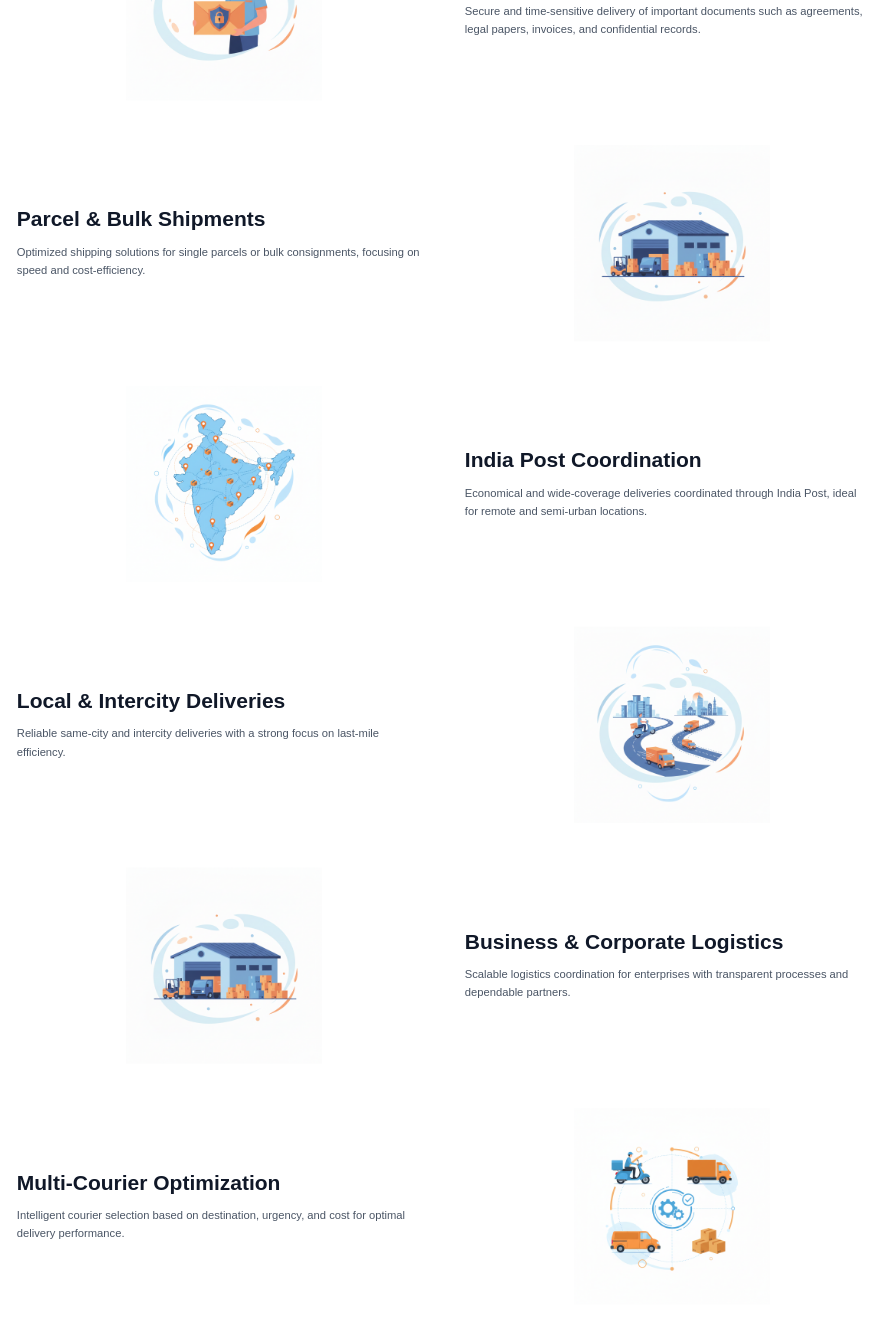
Repository: Rohit-foryou/Courier-Portfolio
Page: /services
These files come from the project's save history. The page is drawn as it stood at one moment and after the next save; the edit follows.
The browser window is 1280 px wide. The pictures show the part of the page from y = 748 to 2668 px (the page is 4212 px tall before and 4092 px after), at 70% of full size.
The project was rebuilt for these pictures with package versions that can differ from the ones it lists, and the page was loaded fresh each time. The framework's server and built-in components were replaced by stand-ins that run in the browser. Also part of the build but not shown: next.config.ts.

Above is the page before, as saved 2026-02-10 00:38:10.

After the next save:
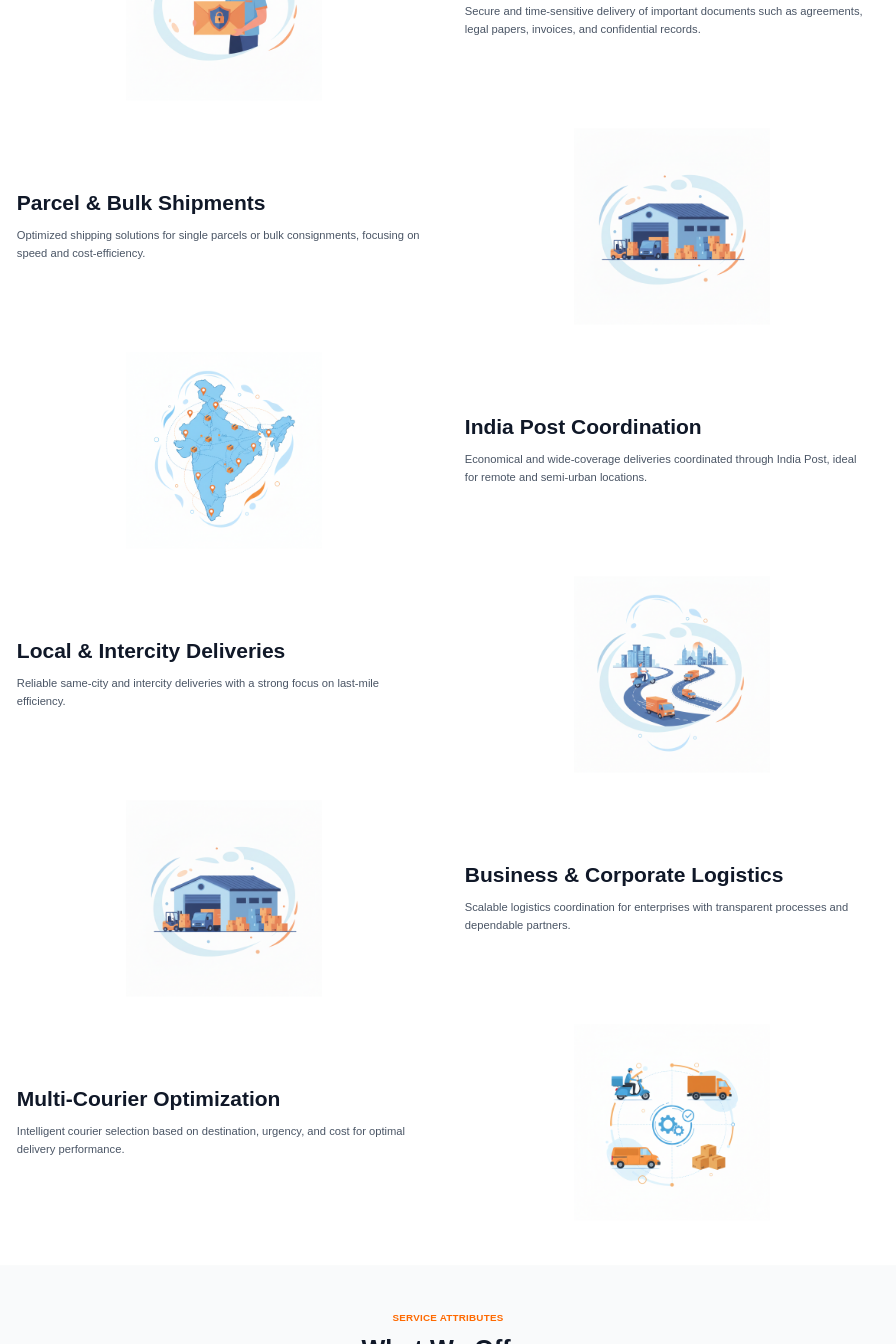
Saved 12 s later.
--- a/app/services/page.tsx
+++ b/app/services/page.tsx
@@ -72,7 +72,7 @@
 
       {/* CORE SERVICES */}
       <section className="bg-white py-16">
-        <div className="max-w-7xl mx-auto px-6 space-y-16">
+        <div className="max-w-7xl mx-auto px-6 space-y-10">
           {services.map((s, i) => {
             const imageLeft = i % 2 === 0; // 👈 FIRST IMAGE LEFT
 
